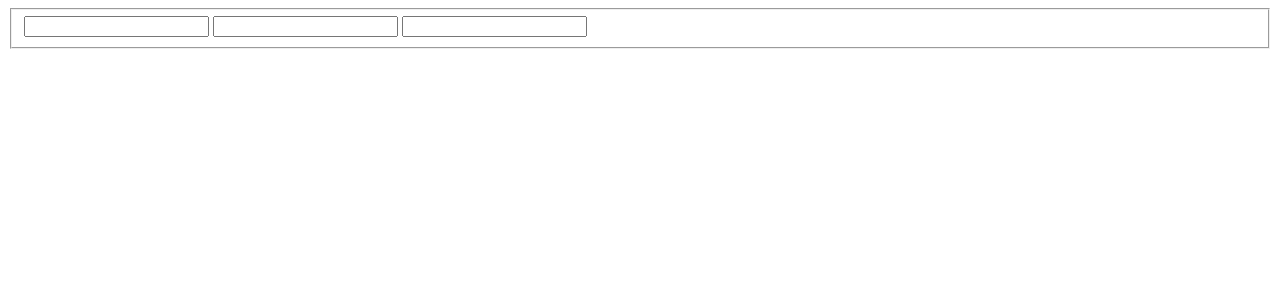
Repository: Malcolmt129/COSC484-assignment1
Page: tueats.html
An editor plug-in stored every save of this project. The page is shown before and after a run of saves, followed by the edit.
The browser window is 1280 px wide. The pictures show the whole page.

Above is the page before, as saved 2023-02-08 15:11:19.

### tueats.html
<html>
    <head>

    </head>

    <body>
        <form method="get" action="tueats_completed.html">
            <fieldset>
                <input type="text" name="username" required />
                <input type="text" name="email" required />
                <input type="text" name="referral code" />


            </fieldset>
        </form>
    </body>
</html>

After the next 2 saves:
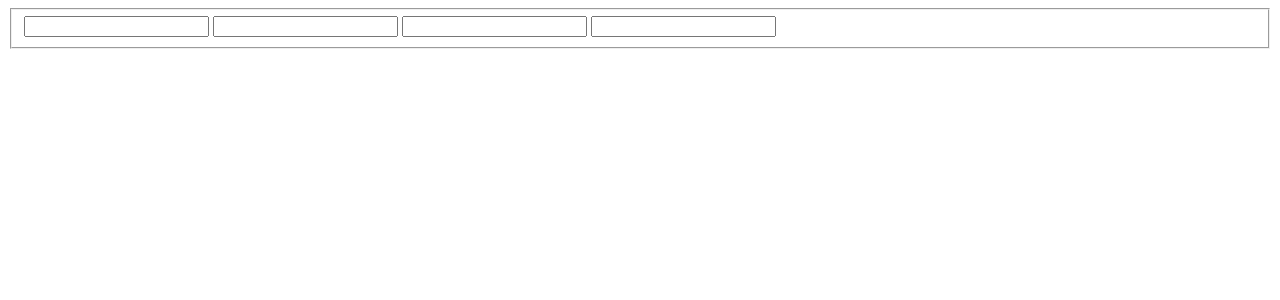
The 2 saves are shown as one change because they came seconds apart.
The last was saved 9 s later.
--- a/tueats.html
+++ b/tueats.html
@@ -9,7 +9,7 @@
                 <input type="text" name="username" required />
                 <input type="text" name="email" required />
                 <input type="text" name="referral code" />
-
+                <input type="password" name="" id="">
 
             </fieldset>
         </form>
